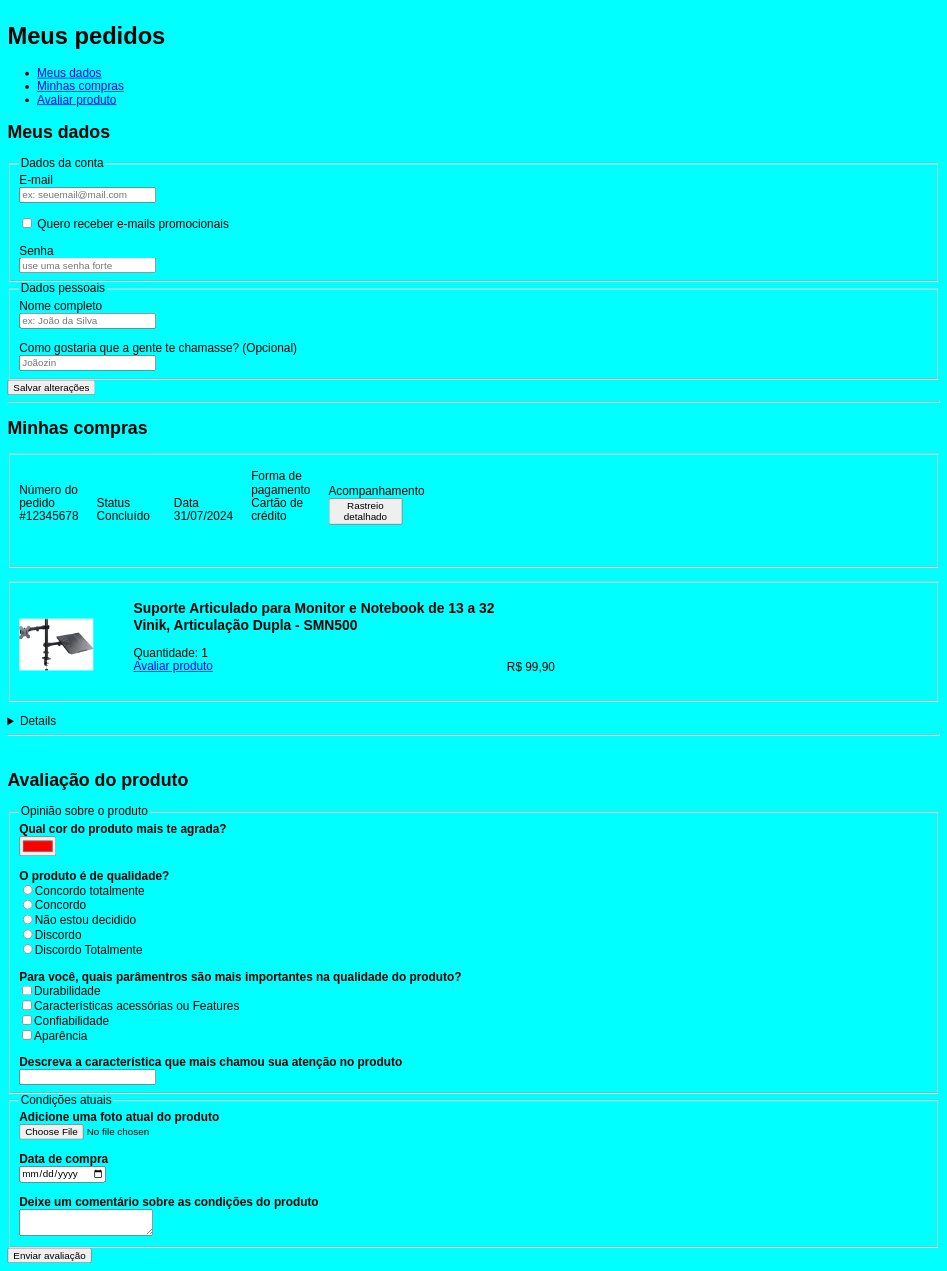
Repository: claudemir-camargo/site-compras
Page: index.html
These files come from the project's save history. The page is drawn as it stood at one moment and after the next save; the edit follows.
The browser window is 1280 px wide. The pictures show the whole page, at 74% of full size.

Above is the page before, as saved 2024-03-04 01:05:07.

### index.html
<!DOCTYPE html>
<html lang="en">

<head>
    <meta charset="UTF-8">
    <meta name="viewport" content="width=device-width, initial-scale=1.0">
    <link rel="stylesheet" type="text/css" href="css/style.css" />
    <title>Site de Compras</title>
</head>

<body>
    <h1>Meus pedidos</h1>
    <ul>
        <li><a href="#meus-dados">Meus dados</a></li>
        <li><a href="#minhas-compras">Minhas compras</a></li>
        <li><a href="#avaliacao-produto">Avaliar produto</a></li>
    </ul>
    <h2 id="meus-dados">Meus dados</h2>
    <!-- Conta -->
    <fieldset>
        <legend>Dados da conta</legend>
        <form>
            <label>E-mail</label><br>
            <input type="email" id="email" name="email" placeholder="ex: seuemail@mail.com"><br><br>
            <input type="checkbox">
            <label>Quero receber e-mails promocionais</label><br><br>
            <label>Senha</label><br>
            <input type="password" placeholder="use uma senha forte">
        </form>
    </fieldset>
    <!-- Pessoais -->
    <fieldset>
        <legend>Dados pessoais</legend>
        <form>
            <label>Nome completo</label><br>
            <input type="text" placeholder="ex: João da Silva"><br><br>
            <label>Como gostaria que a gente te chamasse? (Opcional) </label><br>
            <input type="text" placeholder="Joãozin">
        </form>
    </fieldset>
    <button type="button">Salvar alterações</button>
    <hr>
    <!-- Minhas compras -->
    <h2 id="minhas-compras">Minhas compras</h2>
    <fieldset>
        <div class="container">
            <div id="div1">
                <p>Número do pedido<br>#12345678</p>
            </div>
            <div id="div2">
                <p>Status<br>Concluído</p>
            </div>
            <div id="div3">
                <p>Data<br>31/07/2024</p>
            </div>
            <div id="div4">
                <p>Forma de pagamento<br>Cartão de crédito</p>
            </div>
            <div id="div5">
                <p>Acompanhamento<br><a href="#rastreioModal"><button>Rastreio detalhado</button></a></p>
            </div>
        </div>
    </fieldset>
    <div id="rastreioModal" class="modal">
        <h2>Rastreio detalhado</h2>
        <p>Seu pedido foi entregue com sucesso!<br>
            Entregue por: GFL<br>
            Código de rasteeio: 123456789<br>
            Entregue em: 31/07/2024<br>
        </p>
        <a href="#">Fechar</a>
    </div>

    <!-- Produto -->
    <br>
    <fieldset>
        <div class="imagem"><img src="img/suporte.jpg" alt="Suporte"></div>
        <div class="produto">
            <h3>
                <p>Suporte Articulado para Monitor e Notebook de 13 a 32 Vinik,
                    Articulação Dupla - SMN500</p>
            </h3>
            Quantidade: 1<br>
            <a href="#avaliacao-produto">Avaliar produto</a><br>
        </div>
        R$ 99,90
    </fieldset>
    <br>
    <details tag="Detalhes de Envio e Pagamento">
        <p></p>
        <strong>Endereço de entrega</strong><br>
        Avenida Estelita Falcão<br>
        Número 12, Centro<br>
        CEP 48170-970 - Itapetininga/São Paulo
        <br><br>
        <strong>Forma de Pagamento</strong><br>
        Cartão de crédito<br>
        Master Card **** **** **** 1234<br>
        Titular: Claudemir Camargo
        <br><br>
        <strong>Frete</strong>
        R$ 15,50<br>
        Enviado por GFL<br>
        Entregue
    </details>
    <hr>
    <br>
    <form>
        <h2 id="avaliacao-produto">Avaliação do produto</h2>
        <fieldset>
            <legend>Opinião sobre o produto</legend>
            <label><strong>Qual cor do produto mais te agrada?</strong></label><br>
            <input type="color" value="#ff0000"><br><br>
            <label><strong>O produto é de qualidade?</strong></label><br>
            <input type="radio" name="qualidade"><label>Concordo totalmente</label><br>
            <input type="radio" name="qualidade"><label>Concordo</label><br>
            <input type="radio" name="qualidade"><label>Não estou decidido</label><br>
            <input type="radio" name="qualidade"><label></label>Discordo</label><br>
            <input type="radio" name="qualidade"><label></label>Discordo Totalmente</label>
            <br><br>
            <label><strong>Para você, quais parâmentros são mais importantes na qualidade do
                    produto?</strong></label><br>
            <input type="checkbox"><label>Durabilidade</label><br>
            <input type="checkbox"><label>Características acessórias ou Features</label><br>
            <input type="checkbox"><label>Confiabilidade</label><br>
            <input type="checkbox"><label>Aparência</label>
            <br><br>
            <label><strong>Descreva a característica que mais chamou sua atenção no produto</strong></label><br>
            <input list="browsers" name="browser" id="browser">
            <datalist id="browsers">
                <option value="Cor">
                <option value="Tamanho">
                <option value="Peso">
                <option value="Material">
            </datalist>
        </fieldset>
        <fieldset>
            <legend>Condições atuais</legend>
            <label><strong>Adicione uma foto atual do produto</strong></label><br>
            <input type="file">
            <br><br>
            <label><strong>Data de compra</strong></label><br>
            <input type="date">
            <br><br>
            <label><strong>Deixe um comentário sobre as condições do produto</strong></label><br>
            <textarea name="comentario"></textarea>
        </fieldset>
        <button type="button">Enviar avaliação</button>
    </form>
</body>

</html>

### css/style.css
* {
    font-family: Arial, Helvetica, sans-serif;
}

img {
    height: 70px;
    width: 100px;
}

body{
    margin: 5px;
    padding: 5px;
    background-color:aqua
}

#div1, #div2, #div3, #div4, #div5 {
    width: 100px;
    height: 100px;
    display: inline-block;
}

.imagem {
    width: 150px;
    height: 100px;
    display: inline-block;
}

.produto {
    width: 500px;
    height: 100px;
    display: inline-block;
}

.modal {
    display: none;
    position: fixed;
    top: 50%;
    left: 50%;
    transform: translate(-50%, -50%);
    background-color: #f9f9f9;
    padding: 20px;
    border: 1px solid #ccc;
    box-shadow: 0 2px 10px rgba(0, 0, 0, 0.1);
    z-index: 1000;
}

.modal:target {
    display: block;
}

After the next save:
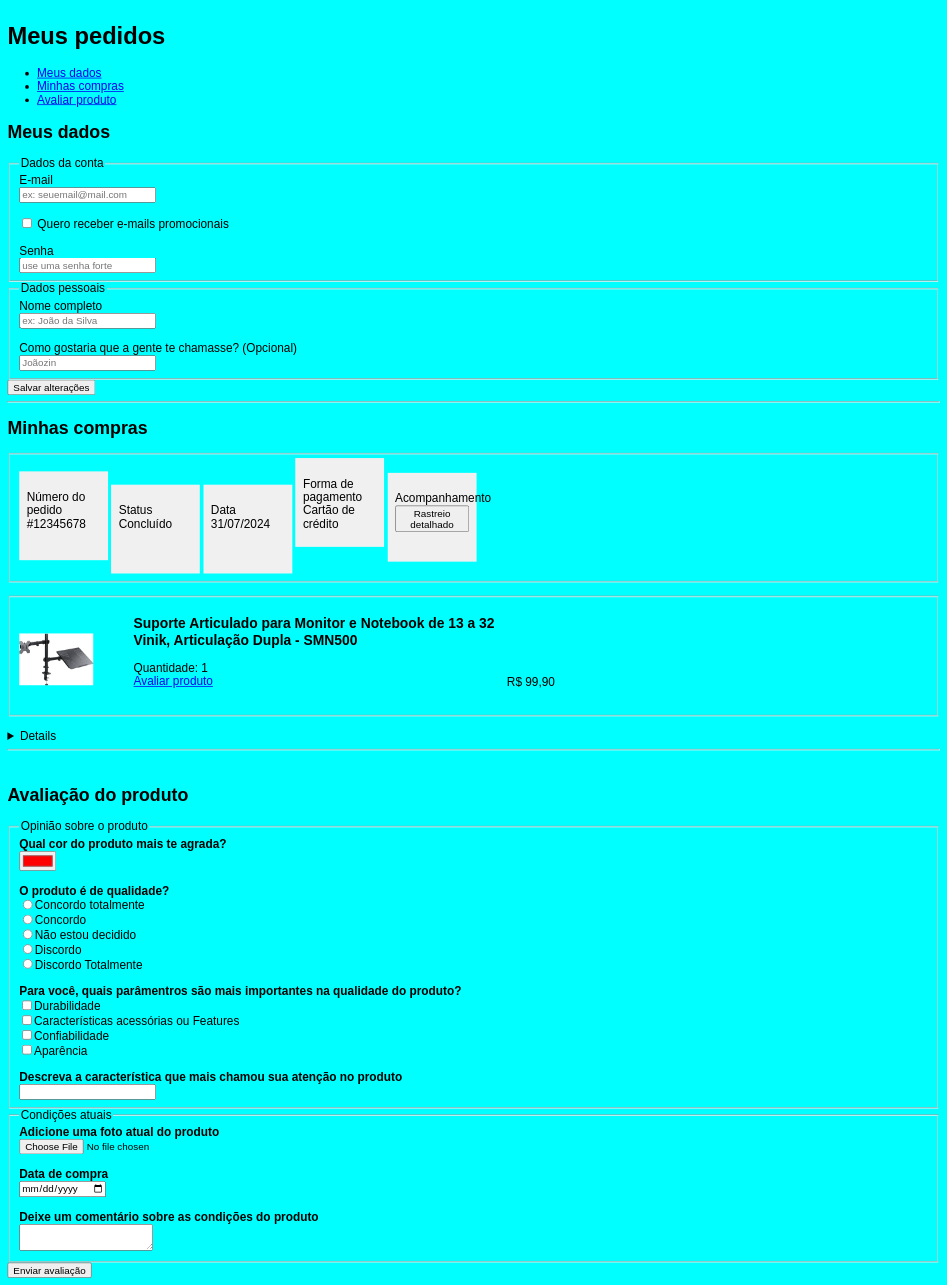
Saved 80 s later.
--- a/css/style.css
+++ b/css/style.css
@@ -17,6 +17,8 @@ body{
     width: 100px;
     height: 100px;
     display: inline-block;
+    padding: 10px;
+    background-color: #f0f0f0;
 }
 
 .imagem {
